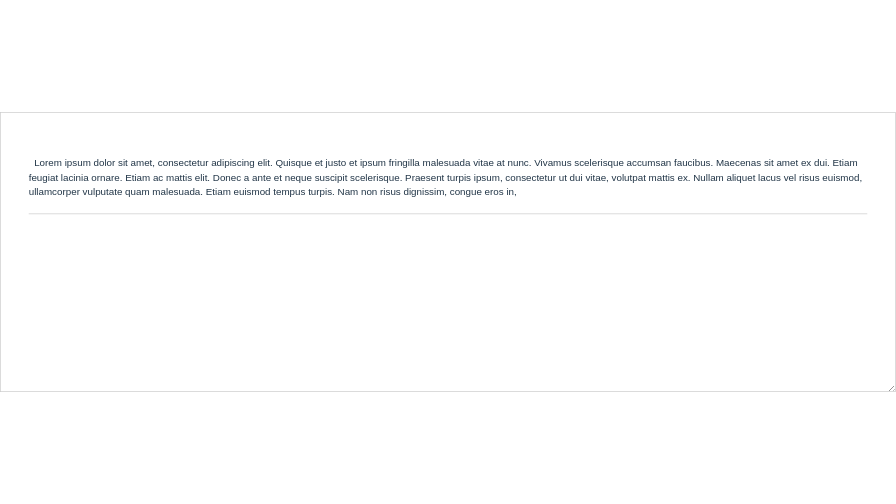
Repository: TakingJester766/Page-View
Page: /
The author's editor kept a copy of each file at every save. The page is drawn from the files as they stood at one save, then again after the next save.
The browser window is 1280 px wide. The pictures show the part of the page from y = 0 to 1920 px (the page is 720 px tall before and 4320 px after), at 70% of full size.
The project was rebuilt for these pictures with package versions that can differ from the ones it lists, and the page was loaded fresh each time. Also part of the build but not shown: vite.config.js.

Above is the page before, as saved 2023-01-15 22:46:07.

### src/App.jsx
import React from 'react';
import ScrollableText from './ScrollableText';

function App() {
  const text = `
  Lorem ipsum dolor sit amet, consectetur adipiscing elit. Quisque et justo et ipsum fringilla malesuada vitae at nunc. Vivamus scelerisque accumsan faucibus. Maecenas sit amet ex dui. Etiam feugiat lacinia ornare. Etiam ac mattis elit. Donec a ante et neque suscipit scelerisque. Praesent turpis ipsum, consectetur ut dui vitae, volutpat mattis ex. Nullam aliquet lacus vel risus euismod, ullamcorper vulputate quam malesuada. Etiam euismod tempus turpis. Nam non risus dignissim, congue eros in, suscipit dolor. Fusce lobortis, purus in accumsan euismod, sem tellus rhoncus purus, feugiat condimentum est ante nec ligula. Sed cursus est egestas odio ornare, at convallis ipsum hendrerit. Nam enim mi, pellentesque a tempus id, aliquam nec felis. Donec vel congue orci.

  Ut lacinia ultricies maximus. Donec a volutpat urna. Nam vestibulum tincidunt congue. Mauris eget lorem nunc. Morbi id velit sed augue vestibulum iaculis. Proin non massa a odio convallis imperdiet. Integer blandit congue arcu, eu tempor est gravida nec. Donec ut velit ut velit tincidunt luctus vitae sit amet neque. Morbi sodales tempus mi, vitae imperdiet diam viverra et. Nam ante diam, blandit sit amet maximus nec, vulputate in nibh. Aenean feugiat sapien sit amet erat tempus, eu lobortis tellus sodales.

  Vivamus nec dictum nibh, vel bibendum magna. Curabitur condimentum justo ac neque placerat, sit amet accumsan orci fermentum. Aliquam sed urna non eros feugiat fringilla. Vestibulum vel iaculis diam. Interdum et malesuada fames ac ante ipsum primis in faucibus. Morbi pretium augue tortor, in accumsan diam semper nec. Sed ac tincidunt tellus. Vivamus lobortis dui ut faucibus ultricies. Aliquam at consequat ipsum. Fusce vel mollis diam. Ut id dolor suscipit, iaculis est at, malesuada dui. Sed fringilla diam purus, a commodo augue pretium eget. Fusce blandit ut ante sed mollis. Nulla non porttitor urna. Curabitur sed varius nunc, id elementum justo.

  Etiam commodo finibus risus ut lobortis. Donec ac massa id dolor cursus gravida. Sed non sem id est tincidunt egestas. Aenean et aliquam est. Aenean ornare sit amet erat sed commodo. Morbi et tortor sit amet lacus tempor consectetur. Aenean ultrices libero ac tellus molestie, in maximus leo porttitor. Pellentesque scelerisque ante nec velit aliquam posuere. Donec varius id ligula sit amet facilisis. Maecenas purus metus, egestas et auctor non, sagittis vel tellus. Sed facilisis, urna ac interdum suscipit, massa diam vestibulum orci, eu pretium ex odio et sem. Curabitur tempor, mi nec luctus vestibulum, diam elit aliquam risus, ut vestibulum est ante at libero. Nunc auctor consequat leo.

  Aliquam eu mauris a elit tincidunt rutrum sed eget lacus. Ut faucibus laoreet mauris tempus feugiat. Orci varius natoque penatibus et magnis dis parturient montes, nascetur ridiculus mus. Morbi in pretium ante. Morbi vel blandit dolor. Morbi volutpat libero et enim lobortis pharetra. Aliquam eget velit vel lacus gravida dignissim non a nibh. Phasellus dictum, quam eget sagittis scelerisque, tortor leo aliquam nunc, quis varius ipsum risus sed nisi. Quisque congue diam sed ipsum molestie bibendum. Praesent iaculis, urna et pretium suscipit, sem tortor dignissim neque, quis laoreet lorem elit id sem. Duis ullamcorper felis justo, id rhoncus sapien finibus nec. Quisque posuere velit mattis suscipit ornare. Ut molestie dignissim vestibulum. Nam at lectus bibendum, rhoncus orci ac, scelerisque ligula. Interdum et malesuada fames ac ante ipsum primis in faucibus.`;
  return (
    <div className="scroll-container">
      <ScrollableText text={text} />
    </div>
  );
}

export default App;

### src/index.css
:root {
  font-family: Inter, Avenir, Helvetica, Arial, sans-serif;
  font-size: 16px;
  line-height: 24px;
  font-weight: 400;

  color-scheme: light dark;
  color: rgba(255, 255, 255, 0.87);
  background-color: #242424;

  font-synthesis: none;
  text-rendering: optimizeLegibility;
  -webkit-font-smoothing: antialiased;
  -moz-osx-font-smoothing: grayscale;
  -webkit-text-size-adjust: 100%;
}

a {
  font-weight: 500;
  color: #646cff;
  text-decoration: inherit;
}
a:hover {
  color: #535bf2;
}

body {
  margin: 0;
  display: flex;
  place-items: center;
  min-width: 320px;
  min-height: 100vh;
}

h1 {
  font-size: 3.2em;
  line-height: 1.1;
}

button {
  border-radius: 8px;
  border: 1px solid transparent;
  padding: 0.6em 1.2em;
  font-size: 1em;
  font-weight: 500;
  font-family: inherit;
  background-color: #1a1a1a;
  cursor: pointer;
  transition: border-color 0.25s;
}
button:hover {
  border-color: #646cff;
}
button:focus,
button:focus-visible {
  outline: 4px auto -webkit-focus-ring-color;
}

@media (prefers-color-scheme: light) {
  :root {
    color: #213547;
    background-color: #ffffff;
  }
  a:hover {
    color: #747bff;
  }
  button {
    background-color: #f9f9f9;
  }
}

.scroll-container {
  height: 400px; /* adjust this to your desired height */
  overflow: hidden;
  padding: 20px; /* add some padding for the content */
  box-sizing: border-box; /* include the padding and border in the total width and height */
  border: 1px solid #ccc; /* add a border */
  font-size: 14px; /* adjust the font size to your preference */
  font-family: Arial, sans-serif; /* adjust the font family to your preference */
  line-height: 1.5; /* adjust the line height to your preference */
  word-wrap: break-word;
  white-space: pre-wrap;
  position: relative;
  resize: both;
}



.page-break {
  width: 100%;
  height: 20px;
  border-bottom: 1px solid #ccc;
}

.text-container {
  padding: 20px;
}

.scroll-tracker {
  position: absolute;
  top: 0;
  left: 0;
  width: 100%;
  height: 100%;
}

### src/ScrollableText.jsx
import { useState } from 'react';

const ScrollableText = ({text}) => {
  const [currentPage, setCurrentPage] = useState(0);
  const charactersPerPage = 500;
  const pageCount = Math.ceil(text.length / charactersPerPage);

  const handleScroll = (event) => {
    setCurrentPage(Math.floor(event.target.scrollTop / event.target.scrollHeight));
  };

  return (
    <div>
        {Array.from({ length: pageCount }, (_, i) => {
          let start = i * charactersPerPage;
          let end = (i + 1) * charactersPerPage;
          let currentText = text.slice(start, end);
          if (currentText[currentText.length - 1] !== " ") {
            let lastSpace = currentText.lastIndexOf(" ");
            currentText = currentText.slice(0, lastSpace);
          }
          return (
            <div className={`page ${i === currentPage ? 'visible' : 'hidden'}`} key={i}>
              <div className="text-container" style={{overflow: 'auto', height: '500px'}} onScroll={handleScroll}>
                {currentText}
                {i !== pageCount - 1 && <div className="page-break"></div>}
              </div>
            </div>
          );
        })}
    </div>
);


}

export default ScrollableText;

Loaded but not shown: index.html (common file); src/main.jsx (common file)

After the next save:
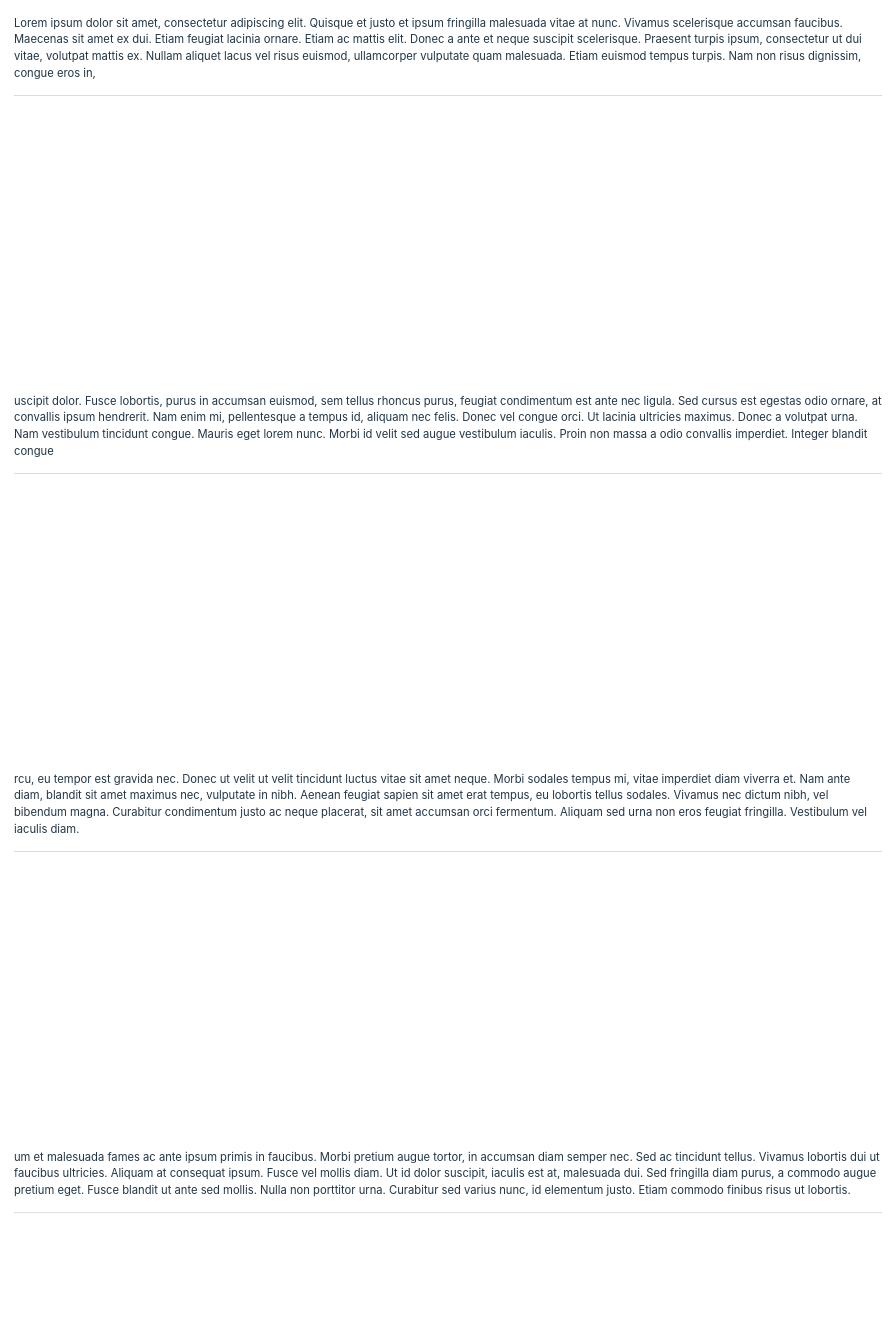
Saved 18 s later.
--- a/src/index.css
+++ b/src/index.css
@@ -69,20 +69,7 @@
   }
 }
 
-.scroll-container {
-  height: 400px; /* adjust this to your desired height */
-  overflow: hidden;
-  padding: 20px; /* add some padding for the content */
-  box-sizing: border-box; /* include the padding and border in the total width and height */
-  border: 1px solid #ccc; /* add a border */
-  font-size: 14px; /* adjust the font size to your preference */
-  font-family: Arial, sans-serif; /* adjust the font family to your preference */
-  line-height: 1.5; /* adjust the line height to your preference */
-  word-wrap: break-word;
-  white-space: pre-wrap;
-  position: relative;
-  resize: both;
-}
+
 
 
 

After the save that followed:
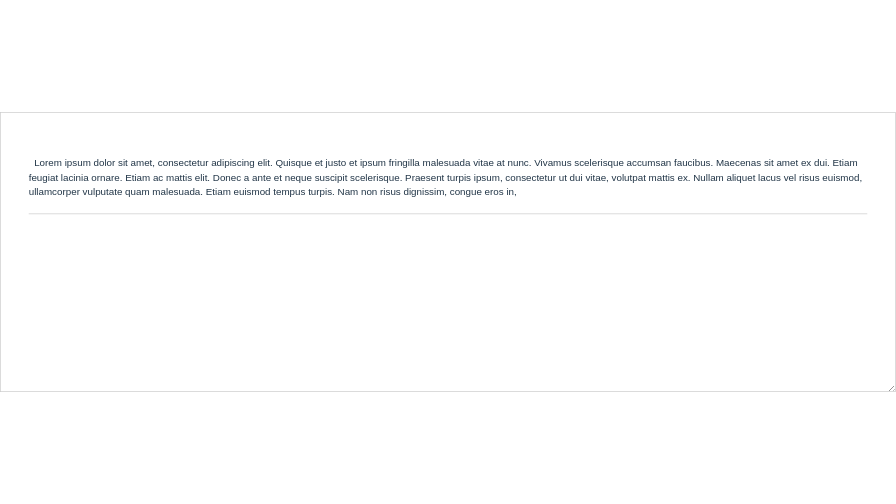
Saved 9 s later.
--- a/src/index.css
+++ b/src/index.css
@@ -69,7 +69,20 @@
   }
 }
 
-
+.scroll-container {
+  height: 400px; /* adjust this to your desired height */
+  overflow: hidden;
+  padding: 20px; /* add some padding for the content */
+  box-sizing: border-box; /* include the padding and border in the total width and height */
+  border: 1px solid #ccc; /* add a border */
+  font-size: 14px; /* adjust the font size to your preference */
+  font-family: Arial, sans-serif; /* adjust the font family to your preference */
+  line-height: 1.5; /* adjust the line height to your preference */
+  word-wrap: break-word;
+  white-space: pre-wrap;
+  position: relative;
+  resize: both;
+}
 
 
 
